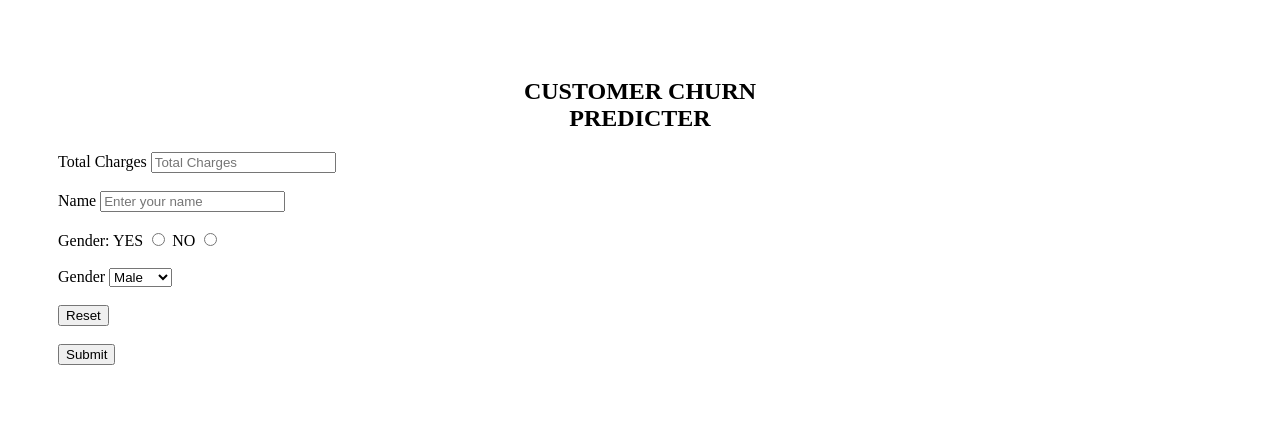
Repository: Cedrqmwesigwa/customer-churn-Bank
Page: index.html
These files come from the project's save history. The page is drawn as it stood at one moment and after a run of saves; the edit follows.
The browser window is 1280 px wide. The pictures show the whole page.

Above is the page before, as saved 2024-05-21 03:41:49.

### index.html
<!DOCTYPE html>
<html>
    <head>
        <meta charset= 'UTF-8' >
        <title>ML API</title>

    </head>

    <body>
        <style>
            body{
	        padding: 50px;
            padding-top: 20;
}
            input [ type="text" ] {
                padding: 10%;
                border: 1px;
                border-radius: 4px;
            }
            /* label{
                /* font-weight:bold; */
            /* } */

        </style>
        <section>
            <div class="login">
                <!-- <div style="center"></div> -->
                <h1 style="text-align: center;"> CUSTOMER CHURN <br> PREDICTER</h1>
        </section>

            <section>
                <form action=" {{url for (predict)}}" method="POST">
                    <div>
                        <label for="Total Charges"> Total Charges  </label>
                        <input type="number" name="Total Charges" id="name" placeholder="Total Charges" required="required" />
                    </div>

                    <br>

                    <div>
                        <label for="name"> Name </label>
                        <input type="text" name="name" id="name" placeholder="Enter your name" required="required" />
                    </div>



                    <br>

                    <div>
                        <label for="gender"> Gender: </label>
                        <label >YES</label>
                        <input type="radio" name="title" value="YES">

                        <label>NO</label>
                        <input type="radio" name="title" value="NO">
                    </div>


                    <br>
                    <div>
                        <label for="Gender"> Gender </label>
                        <select name="Gender" id="Gender">
                            <option value="Male">Male</option>
                            <option value="female">female</option>
                        </select>
                    </div>
                    <br>

                    <div>
                        <input type="reset">
                    </div>
                    <br>

                    <div>
                        <input type="submit">
                    </div>








                </form>
            </section>


        </div>
    </body>
</html>

After the next 4 saves:
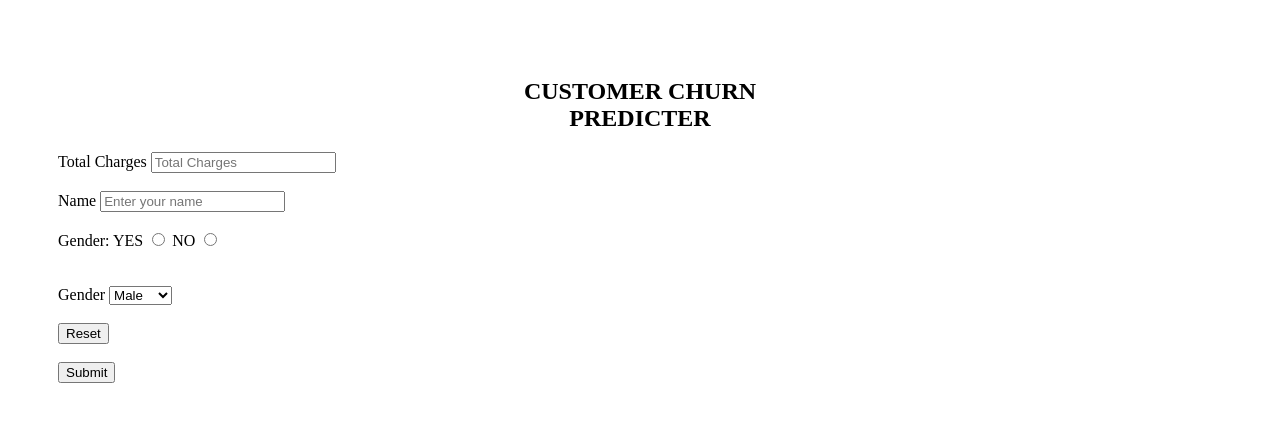
The 4 saves are shown as one change because they came seconds apart.
The last was saved 12 s later.
--- a/index.html
+++ b/index.html
@@ -55,7 +55,8 @@
                         <input type="radio" name="title" value="NO">
                     </div>
 
-
+                    <br>
+                    <label for="subsribe"></label>
                     <br>
                     <div>
                         <label for="Gender"> Gender </label>
